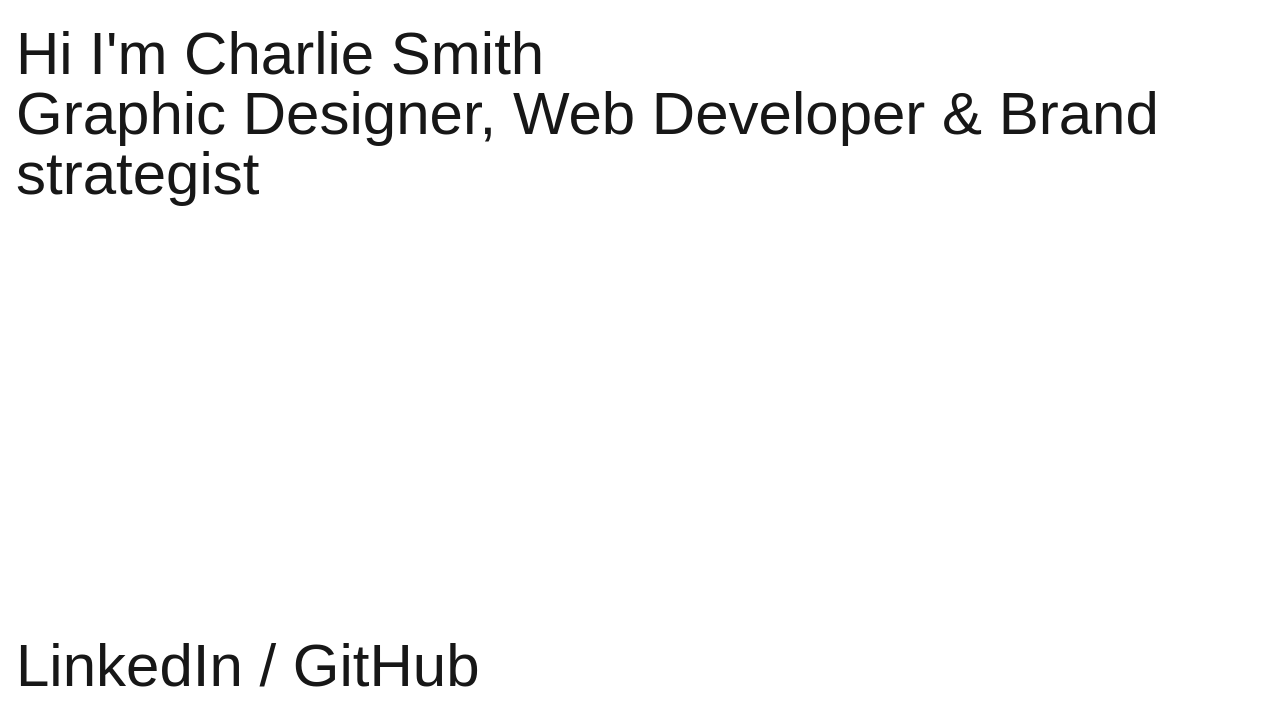
Repository: charlehs/portfolio
Page: /
The author's editor kept a copy of each file at every save. The page is drawn from the files as they stood at one save, then again after the next save.
The browser window is 1280 px wide. The pictures show the whole page.
The project was rebuilt for these pictures with package versions that can differ from the ones it lists, and the page was loaded fresh each time. The framework's server and built-in components were replaced by stand-ins that run in the browser. Also part of the build but not shown: next.config.ts.

Above is the page before, as saved 2025-01-02 16:48:55.

After the next save:
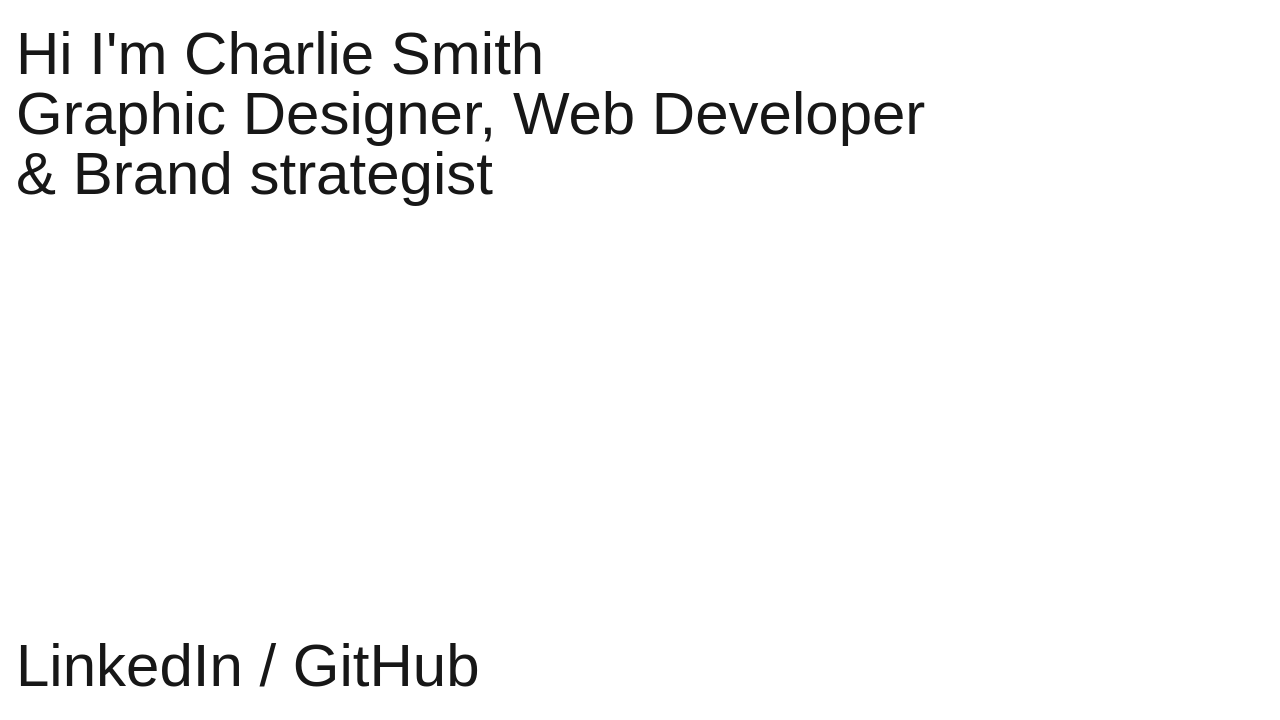
Saved 20 s later.
--- a/app/page.tsx
+++ b/app/page.tsx
@@ -8,7 +8,8 @@ export default function Home() {
           Hi I'm Charlie Smith
           <br />{" "}
           <span className="text-6xl">
-            Graphic Designer, Web Developer & Brand strategist
+            Graphic Designer, Web Developer
+            <br /> & Brand strategist
           </span>
         </p>
       </main>
